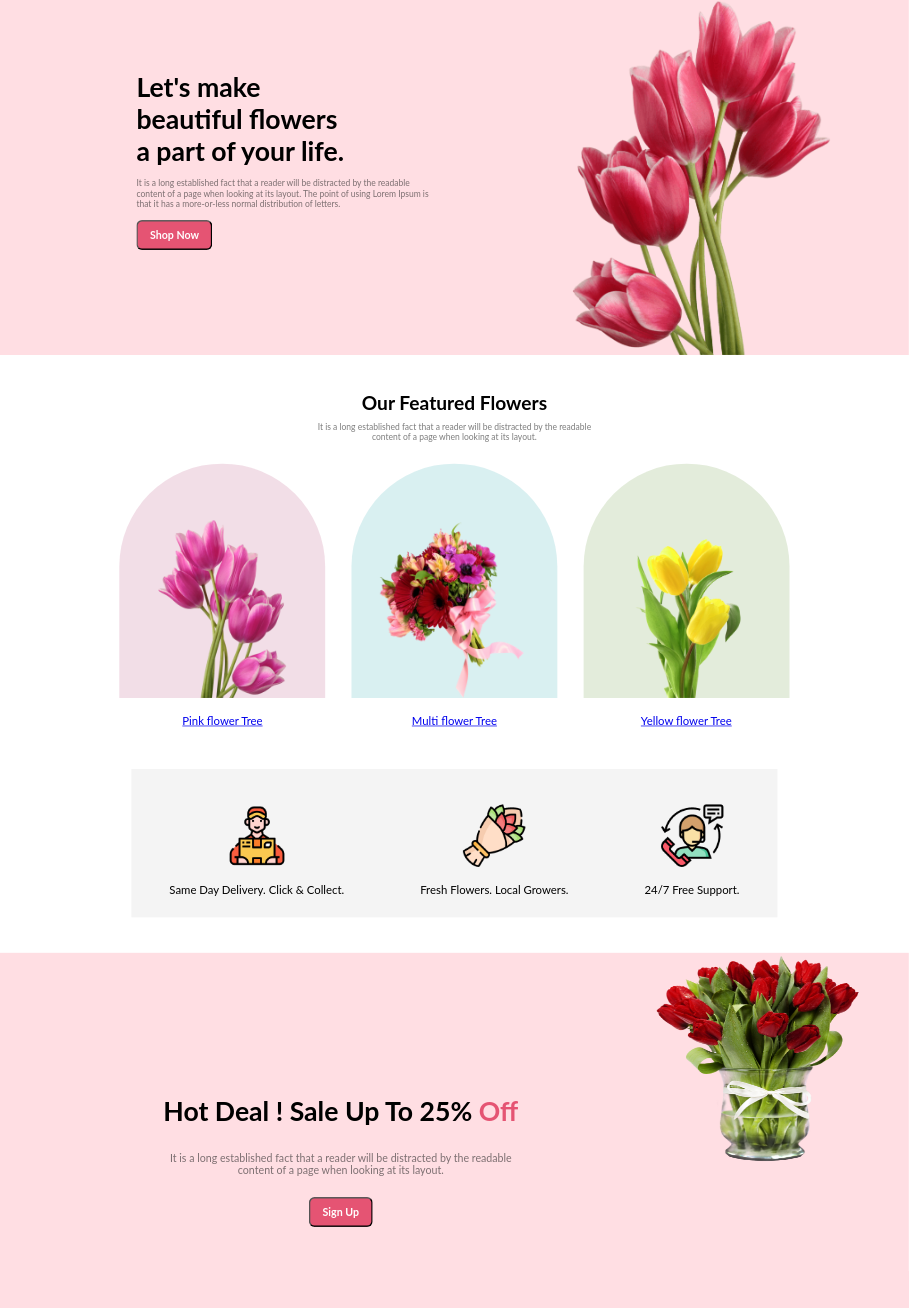
Repository: sadiaafsana138/Flower-Shop_Responsive
Page: index.html
An editor plug-in stored every save of this project. The page is shown before and after the next save, followed by the edit.
The browser window is 1280 px wide. The pictures show the whole page, at 71% of full size.

Above is the page before, as saved 2023-08-30 05:36:59.

After the next save:
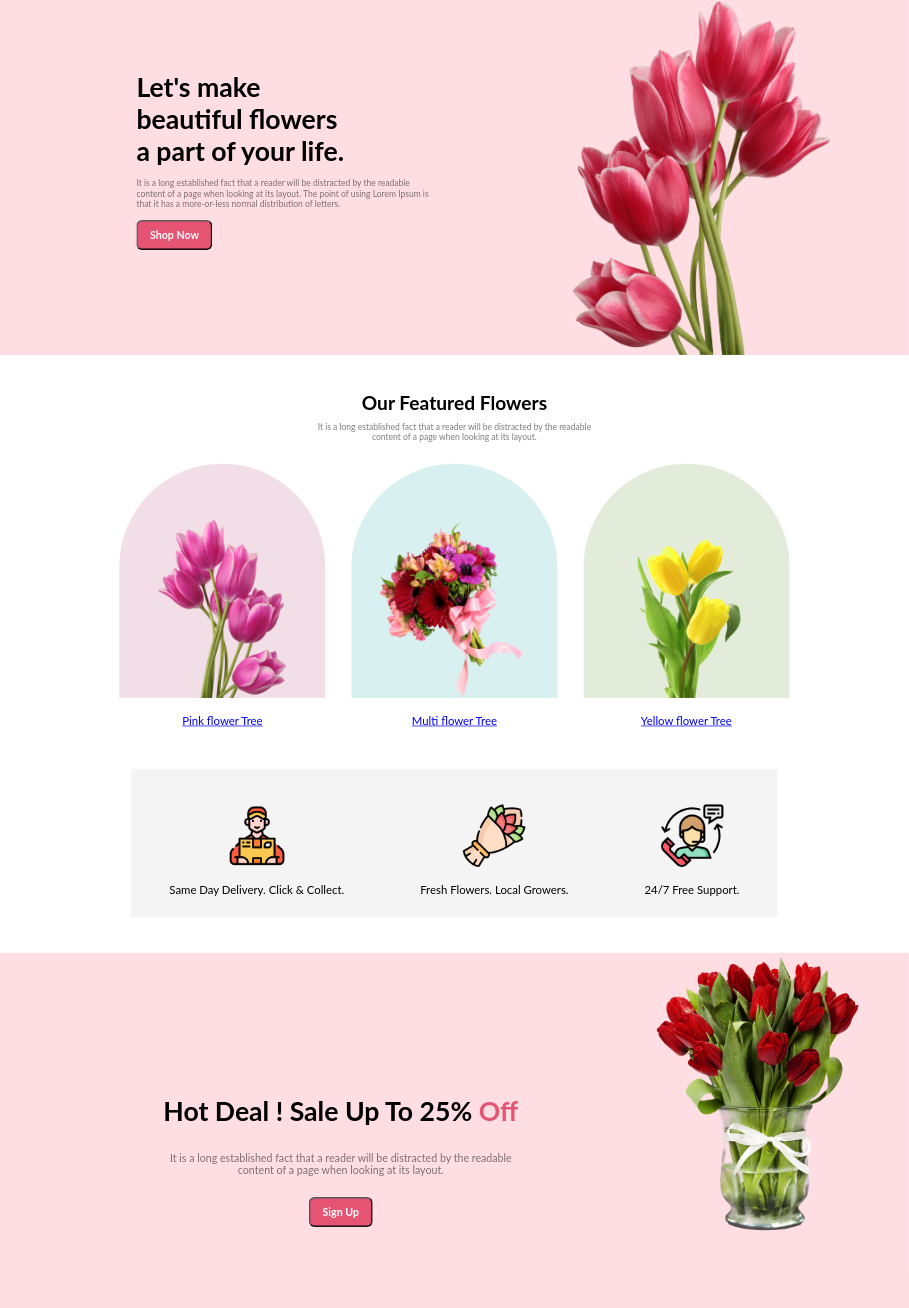
Saved 6 s later.
--- a/index.html
+++ b/index.html
@@ -116,7 +116,7 @@
                 </button>
             </div>
             <div>
-                <img src="Images/8.png" alt="" height="300px" width="300px">
+                <img src="Images/8.png" alt="" height="400px" width="300px">
             </div>
         </section>
         <section class="Section5"></section>
